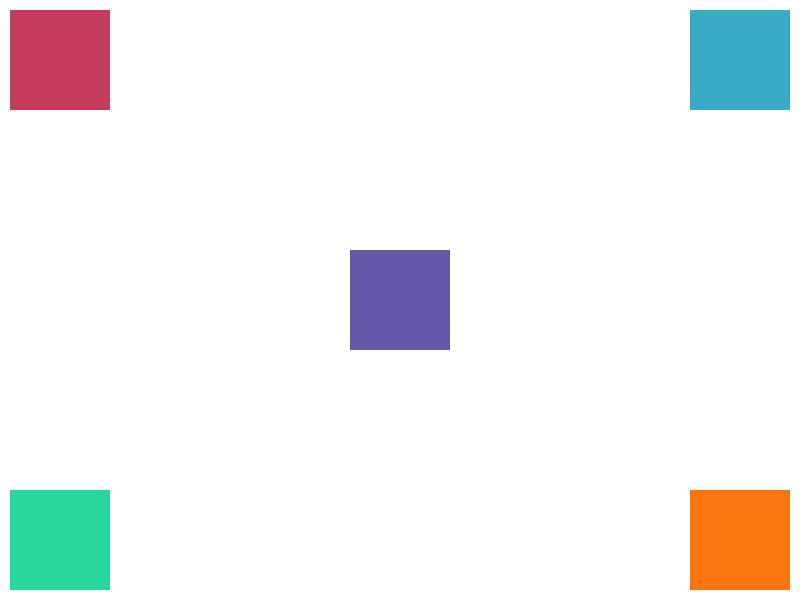
Repository: fredoluzjr/Java-Udemy
Program's window: java Workspace/exercicios-javafx/src/layout/AppLayout.java
These files come from the project's save history. The program's window is drawn as it stood at one moment and after the next save; the edit follows.
It runs on Java 21 on a 1366 x 768 screen with JavaFX 11; the title bar is not drawn.

Above is the program's window before, as saved 2021-07-08 22:26:15.

### Workspace/exercicios-javafx/src/layout/AppLayout.java
package layout;

import javafx.application.Application;
import javafx.scene.Scene;
import javafx.stage.Stage;

public class AppLayout extends Application{

	@Override
	public void start(Stage primaryStage) throws Exception {

		Scene principal = new Scene(new TesteAnchorPane(), 800, 600);

		primaryStage.setScene(principal);
		primaryStage.setTitle("Gerenciadores de Layout");
		primaryStage.show();
	}

	public static void main(String[] args) {
		launch(args);
	}
}

### Workspace/exercicios-javafx/src/layout/TesteAnchorPane.java
package layout;

import javafx.geometry.Pos;
import javafx.scene.layout.AnchorPane;
import javafx.scene.layout.HBox;

public class TesteAnchorPane extends AnchorPane{

	public TesteAnchorPane() {

		Quadrado q1 = new Quadrado();
		setTopAnchor(q1, 10.0);
		setLeftAnchor(q1, 10.0);

		Quadrado q2 = new Quadrado();
		setTopAnchor(q2, 10.0);
		setRightAnchor(q2, 10.0);

		Quadrado q3 = new Quadrado();
		setBottomAnchor(q3, 10.0);
		setLeftAnchor(q3, 10.0);

		Quadrado q4 = new Quadrado();
		setBottomAnchor(q4, 10.0);
		setRightAnchor(q4, 10.0);

		HBox centro = new HBox();
		centro.setAlignment(Pos.CENTER);
		setTopAnchor(centro, 110.0);
		setBottomAnchor(centro, 110.0);
		setLeftAnchor(centro, 110.0);
		setRightAnchor(centro, 110.0);

		Quadrado q5 = new Quadrado();
		centro.getChildren().add(q5);

		getChildren().addAll(q1, q2, q3, q4, centro);
	}
}

### Workspace/exercicios-javafx/src/layout/Quadrado.java
package layout;

import javafx.scene.paint.Color;
import javafx.scene.shape.Rectangle;

public class Quadrado extends Rectangle {

private static int i = 0;

	public String[] cores = {
		"#c33c5e", "#39aac6", "#28d79d",
		"#fb750e", "#6657a8", "#f9060e"
	};

	public Quadrado() {
		this(100, 100);
	}

	public Quadrado(int largura, int altura) {

		setWidth(largura);
		setHeight(altura);

		setFill(Color.web(cores[i]));

		i++;
		if(i == 6) i = 0;
	}
	}

### Workspace/exercicios-javafx/src/layout/TesteBorderPane.java
package layout;

public class TesteBorderPane {

}

### Workspace/exercicios-javafx/src/layout/Caixa.java
package layout;

import javafx.geometry.Insets;
import javafx.geometry.Pos;
import javafx.scene.control.Label;
import javafx.scene.layout.Background;
import javafx.scene.layout.BackgroundFill;
import javafx.scene.layout.CornerRadii;
import javafx.scene.layout.HBox;
import javafx.scene.paint.Color;
import javafx.scene.text.Font;

public class Caixa extends HBox {

	private static int i = 0;

	public String[] cores = {
		"#c33c5e", "#39aac6", "#28d79d",
		"#fb750e", "#6657a8", "#f9060e"
	};

	public Caixa() {
		this(100, 100);
	}

	public Caixa(int largura, int altura) {
		setAlignment(Pos.CENTER);

		setMinWidth(largura);
		setMinHeight(altura);

		BackgroundFill fill = new BackgroundFill(Color.web(cores[i]), CornerRadii.EMPTY, Insets.EMPTY);
		setBackground(new Background(fill));

		i++;
		if(i == 6) i = 0;
	}

	public Caixa comTexto(String texto) {
		Label label = new Label(texto);
		label.setFont(new Font(24));
		getChildren().add(label);
		return this;
	}
}

After the next save:
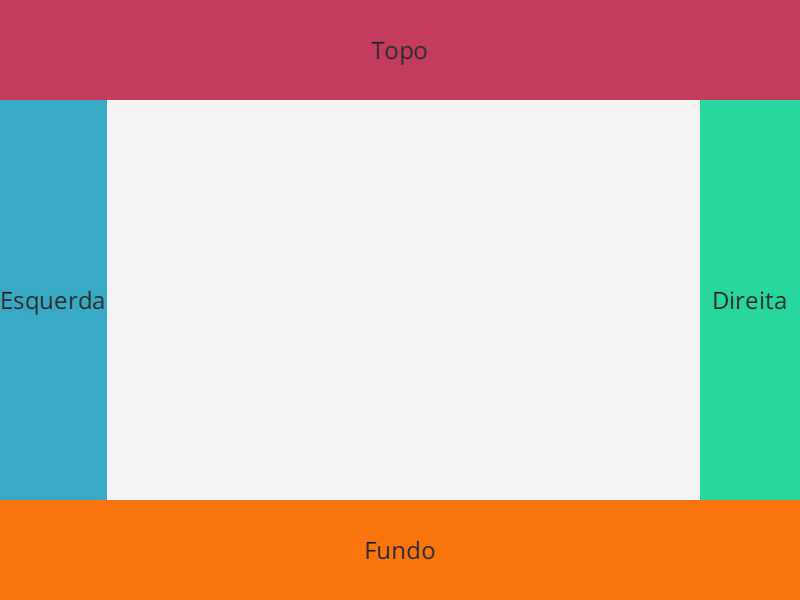
Saved 4 min 38 s later.
--- a/Workspace/exercicios-javafx/src/layout/AppLayout.java
+++ b/Workspace/exercicios-javafx/src/layout/AppLayout.java
@@ -1,6 +1,7 @@
 package layout;
 
 import javafx.application.Application;
+import javafx.scene.Parent;
 import javafx.scene.Scene;
 import javafx.stage.Stage;
 
@@ -8,8 +9,13 @@
 
 	@Override
 	public void start(Stage primaryStage) throws Exception {
+		Parent raiz = null;
 
-		Scene principal = new Scene(new TesteAnchorPane(), 800, 600);
+		//raiz = new TesteAnchorPane();
+		raiz = new TesteBorderPane();
+
+		//Scene principal = new Scene(new TesteAnchorPane(), 800, 600);
+		Scene principal = new Scene(raiz, 800, 600);
 
 		primaryStage.setScene(principal);
 		primaryStage.setTitle("Gerenciadores de Layout");
--- a/Workspace/exercicios-javafx/src/layout/TesteBorderPane.java
+++ b/Workspace/exercicios-javafx/src/layout/TesteBorderPane.java
@@ -1,5 +1,21 @@
 package layout;
 
-public class TesteBorderPane {
+import javafx.scene.layout.BorderPane;
 
+public class TesteBorderPane extends BorderPane{
+
+	public TesteBorderPane() {
+
+		Caixa c1 = new Caixa().comTexto("Topo");
+		setTop(c1);
+
+		Caixa c2 = new Caixa().comTexto("Esquerda");
+		setLeft(c2);
+
+		Caixa c3 = new Caixa().comTexto("Direita");
+		setRight(c3);
+
+		Caixa c4 = new Caixa().comTexto("Fundo");
+		setBottom(c4);
+	}
 }
